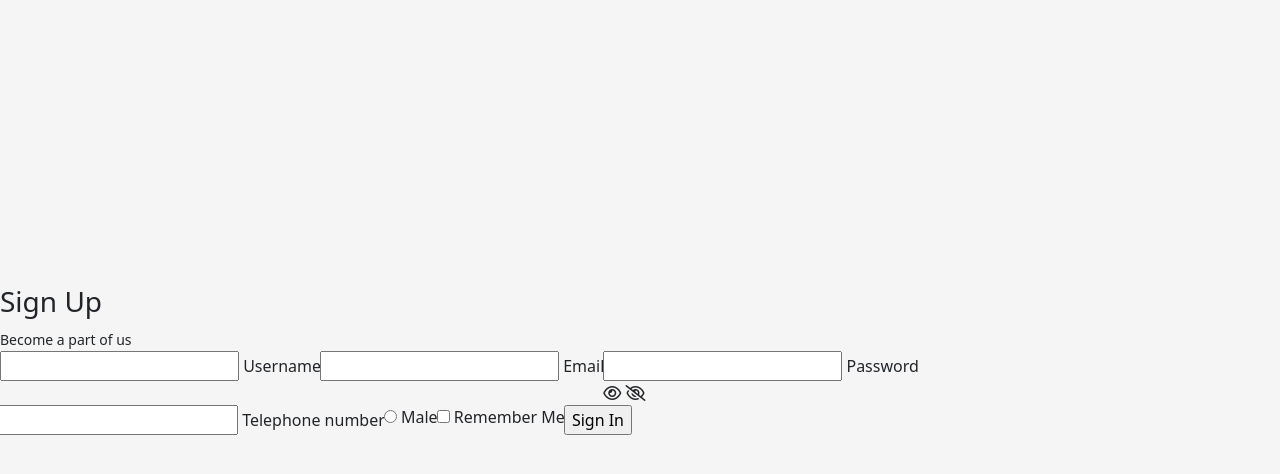
Repository: MauDucKG/BigFarm
Page: http://localhost/BigFarm/views/main/register/index.php
The author's editor kept a copy of each file at every save. The page is drawn from the files as they stood at one save, then again after the next save.
The browser window is 1280 px wide. The pictures show the whole page.
Some web libraries are served in a nearby version. The page is run by PHP 8.4 with error messages shown; the project is at /var/www/html/.

Above is the page before, as saved 2023-04-26 18:03:55.

After the next save:
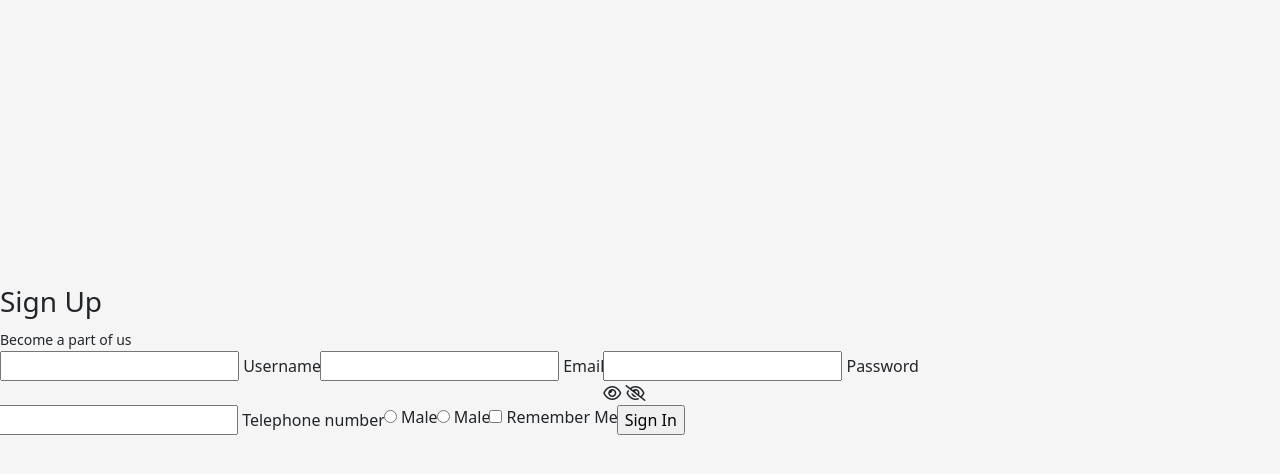
Saved 15 min 50 s later.
--- a/views/main/register/index.php
+++ b/views/main/register/index.php
@@ -43,6 +43,10 @@
                 <input type="radio" class="input-box" id="regUser" required>
                 <label for="regUser">Male</label>
             </div>
+            <div class="input-field">
+                <input type="radio" class="input-box" id="regUser" required>
+                <label for="regUser">Male</label>
+            </div>
             <div class="remember">
                 <input type="checkbox" id="formCheck-2" class="check">
                 <label for="formCheck-2"> Remember Me</label>
